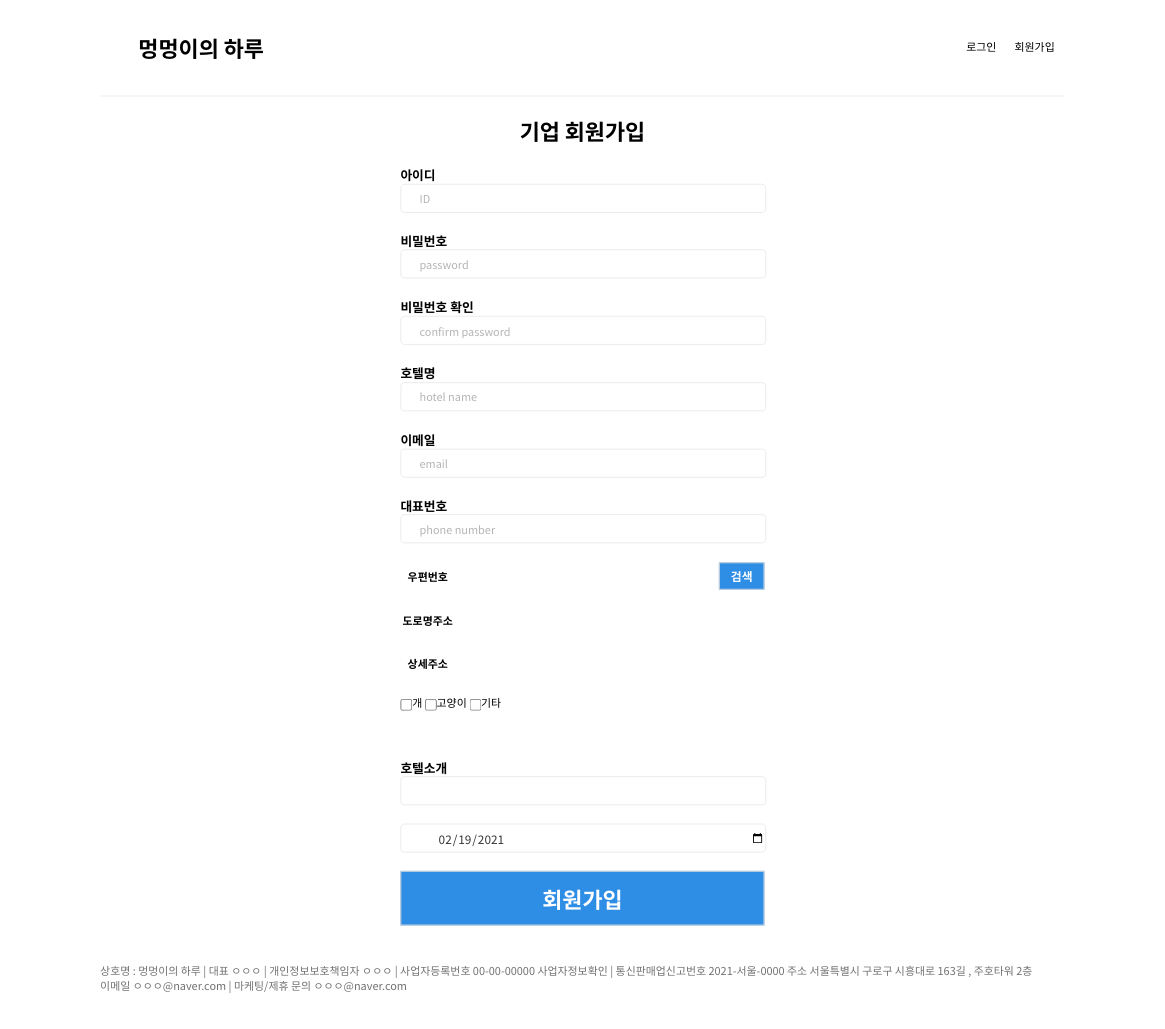
Repository: sondaeu/daeun
Page: http://localhost/Petopia/WEB-INF/views/member/accommJoinus.jsp
These files come from the project's save history. The page is drawn as it stood at one moment and after the next save; the edit follows.
The browser window is 1280 px wide. The pictures show the whole page, at 91% of full size.
The page is served by Tomcat 9. Nobody is signed in. The template is opened directly, without the code that normally fills it, so the values that code supplies are empty.

Above is the page before, as saved 2021-02-22 20:54:27.

After the next save:
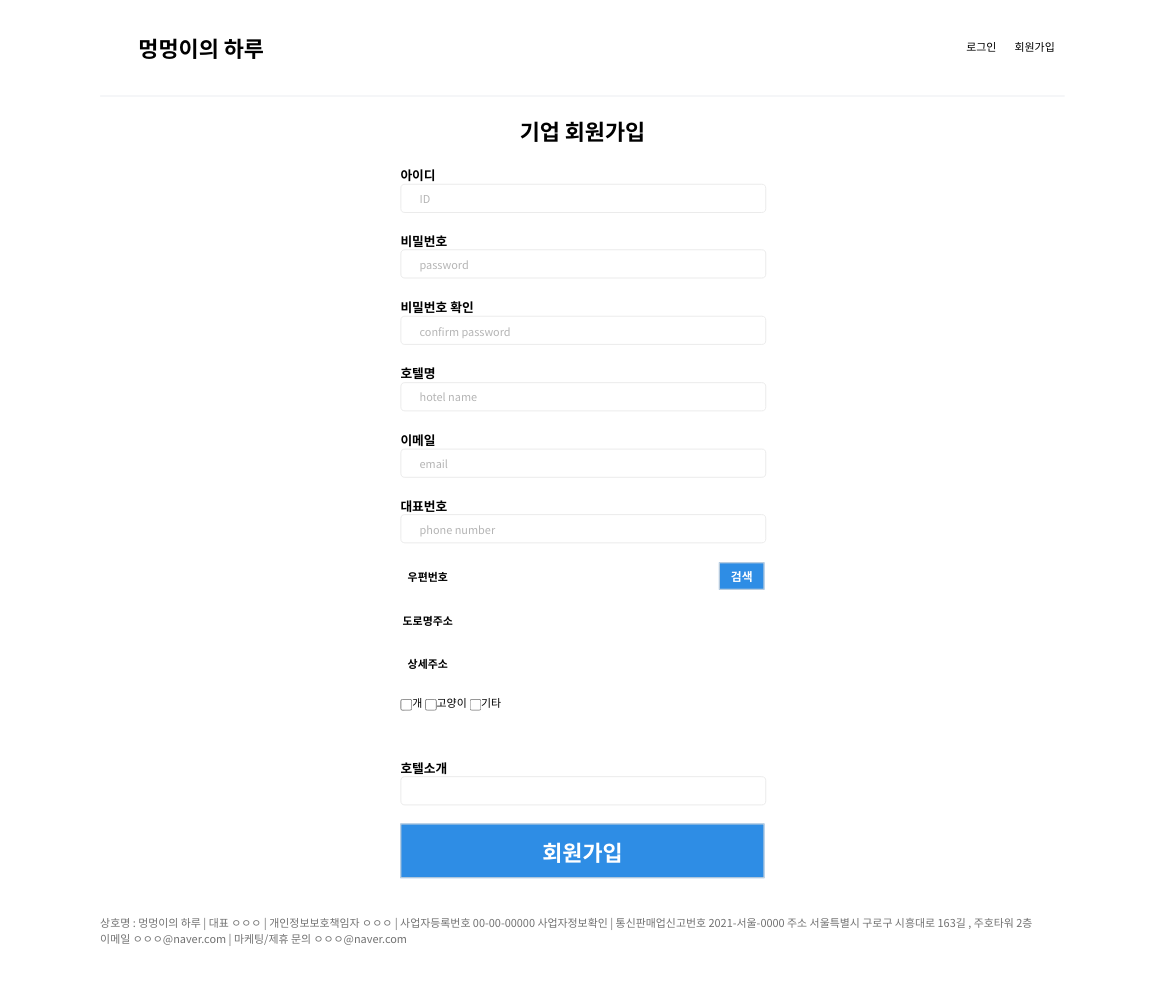
Console error (its wording comes from the project's code and is left out).
Saved 3 min 13 s later.
--- a/WEB_CODES/Petopia/src/main/webapp/WEB-INF/views/member/accommJoinus.jsp
+++ b/WEB_CODES/Petopia/src/main/webapp/WEB-INF/views/member/accommJoinus.jsp
@@ -147,7 +147,7 @@
 					<input type="hidden" id="authority" name="authority" value="3"> <!-- 1:관리자, 2:개인회원, 3:업체회원 -->
 				</div>
 				<div class="menu">
-					<input type="date" id="regidate" name="regidate">
+					<input type="hidden" id="regidate" name="regidate">
 				</div>
  				<div class="menu">
 					<input type="submit" id="userJoin" value="회원가입">
